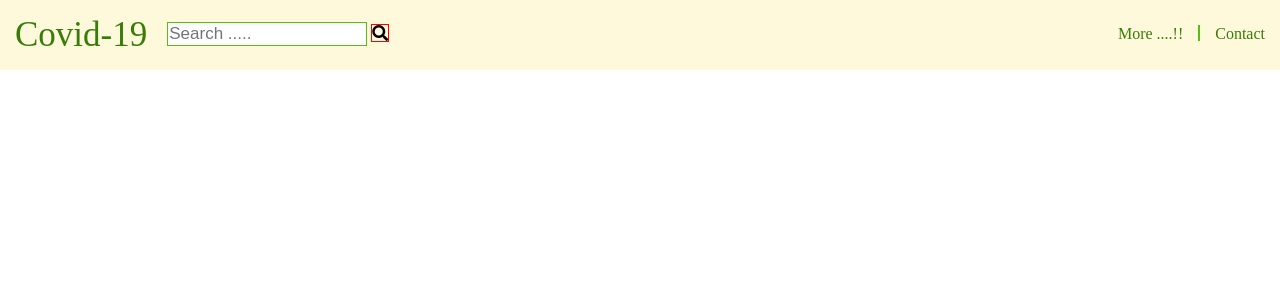
Repository: thuongton98/Covid
Page: html-css-js/index.html
An editor plug-in stored every save of this project. The page is shown before and after the next save, followed by the edit.
The browser window is 1280 px wide. The pictures show the whole page.

Above is the page before, as saved 2021-07-01 09:12:49.

### html-css-js/index.html
<!DOCTYPE html>
<html lang="en">
<head>
    <meta charset="UTF-8">
    <meta http-equiv="X-UA-Compatible" content="IE=edge">
    <meta name="viewport" content="width=device-width, initial-scale=1.0">
    <link rel="stylesheet" href="https://use.fontawesome.com/releases/v5.15.3/css/all.css" integrity="sha384-SZXxX4whJ79/gErwcOYf+zWLeJdY/qpuqC4cAa9rOGUstPomtqpuNWT9wdPEn2fk" crossorigin="anonymous">
    <link rel="stylesheet" href="./styles.css">
    <title>Covid-19</title>
</head>
<body>
    <nav>
        <div class="icon">
            <div class="icon-i">Covid-19</div>
            <div class="icon-search">
                <input type="text" placeholder="Search .....">
                <i class="fas fa-search"></i>
            </div>

        </div>
        <ul class="nav-i">
            <li>More ....!!</li>
            <li>Contact</li>
        </ul>
    </nav>
</body>
</html>

### html-css-js/styles.css

*{
    padding: 0;
    margin: 0;
    box-sizing: border-box;
}



nav{
    background-color: #fff9db;
    display: flex;
    justify-content: space-between;
    padding:15px
}


nav .icon{
    display: flex;
}

nav .nav-i{
    display: flex;
}

nav .nav-i li{
    list-style: none;
    padding-right: 15px;
    padding-top:10px;
    color:#397d09;
    cursor: pointer;

}

nav .nav-i li:hover{
    color:#57bf0d;
}

nav .nav-i li:last-child{
    padding-right:0;
}

nav .nav-i li:after{
    content: '';
    border: 1px solid #57bf0d;
    margin-left:15px;
    font-size: 12px;
    position: relative;
    top:-2px;
}

nav .nav-i li:last-child::after{
    display: none;
}

nav .icon .icon-i{
    font-size: 35px;
    color: #397d09;
    cursor: pointer;
}

nav .icon .icon-search{
    margin-left:20px;
    position: relative;
   top:7px;
}


nav .icon .icon-search input{
   padding: 1px;
   width: 200px;
   outline: none;
   border: none;
   font-size: 17px;
   border:1px solid #57bf0d;


}

nav .icon .icon-search i{
    border: 1px solid red;
}

After the next save:
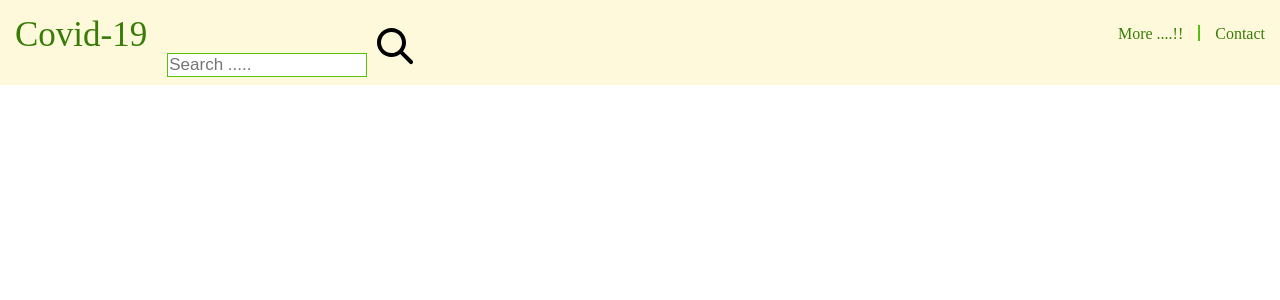
Saved 113 s later.
--- a/html-css-js/index.html
+++ b/html-css-js/index.html
@@ -14,7 +14,7 @@
             <div class="icon-i">Covid-19</div>
             <div class="icon-search">
                 <input type="text" placeholder="Search .....">
-                <i class="fas fa-search"></i>
+                <svg fill="#000000" xmlns="http://www.w3.org/2000/svg"  viewBox="0 0 48 48" width="48px" height="48px"><path d="M 20.5 6 C 12.515556 6 6 12.515562 6 20.5 C 6 28.484438 12.515556 35 20.5 35 C 23.773158 35 26.788919 33.893018 29.220703 32.050781 L 38.585938 41.414062 A 2.0002 2.0002 0 1 0 41.414062 38.585938 L 32.050781 29.220703 C 33.893017 26.788918 35 23.773156 35 20.5 C 35 12.515562 28.484444 6 20.5 6 z M 20.5 10 C 26.322685 10 31 14.677319 31 20.5 C 31 23.295711 29.914065 25.820601 28.148438 27.697266 A 2.0002 2.0002 0 0 0 27.701172 28.144531 C 25.824103 29.912403 23.29771 31 20.5 31 C 14.677315 31 10 26.322681 10 20.5 C 10 14.677319 14.677315 10 20.5 10 z"/></svg>
             </div>
 
         </div>

After the save that followed:
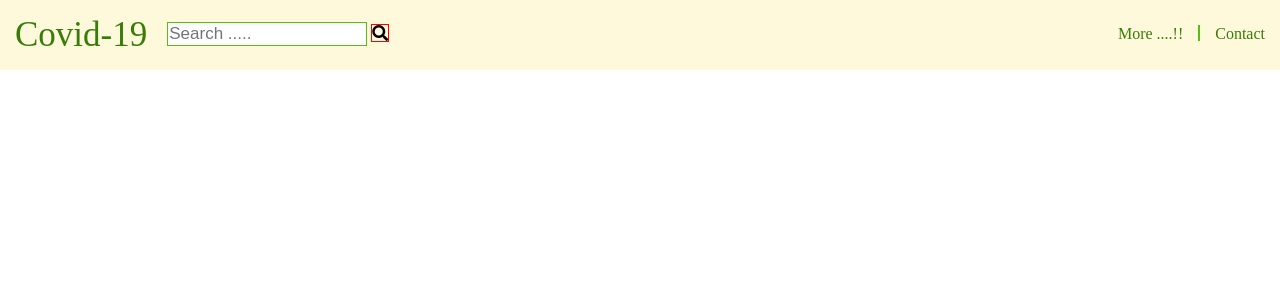
Saved 15 s later.
--- a/html-css-js/index.html
+++ b/html-css-js/index.html
@@ -14,7 +14,7 @@
             <div class="icon-i">Covid-19</div>
             <div class="icon-search">
                 <input type="text" placeholder="Search .....">
-                <svg fill="#000000" xmlns="http://www.w3.org/2000/svg"  viewBox="0 0 48 48" width="48px" height="48px"><path d="M 20.5 6 C 12.515556 6 6 12.515562 6 20.5 C 6 28.484438 12.515556 35 20.5 35 C 23.773158 35 26.788919 33.893018 29.220703 32.050781 L 38.585938 41.414062 A 2.0002 2.0002 0 1 0 41.414062 38.585938 L 32.050781 29.220703 C 33.893017 26.788918 35 23.773156 35 20.5 C 35 12.515562 28.484444 6 20.5 6 z M 20.5 10 C 26.322685 10 31 14.677319 31 20.5 C 31 23.295711 29.914065 25.820601 28.148438 27.697266 A 2.0002 2.0002 0 0 0 27.701172 28.144531 C 25.824103 29.912403 23.29771 31 20.5 31 C 14.677315 31 10 26.322681 10 20.5 C 10 14.677319 14.677315 10 20.5 10 z"/></svg>
+                <i class="fas fa-search"></i>
             </div>
 
         </div>
